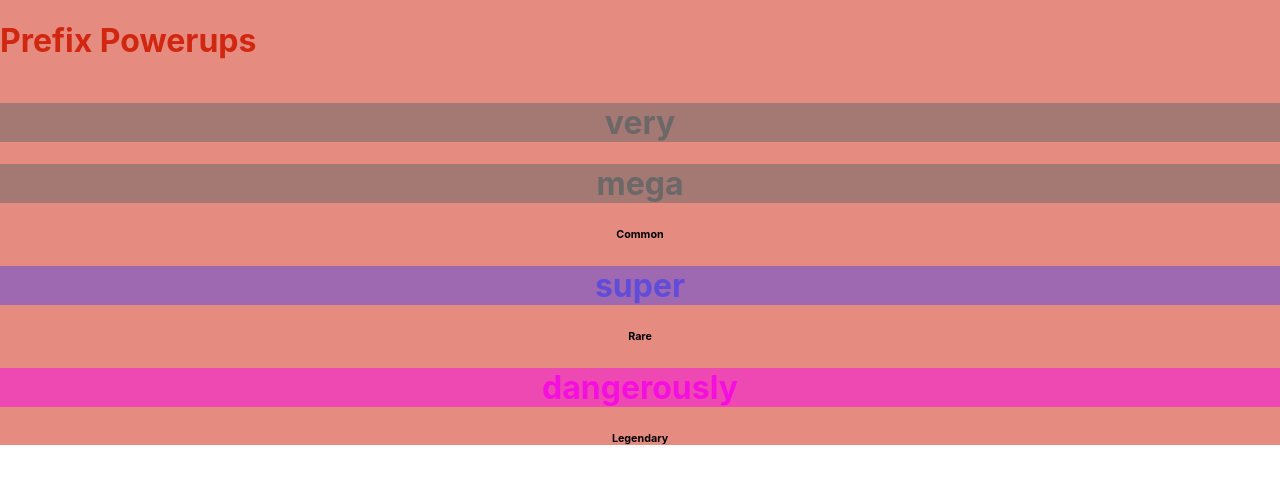
Repository: bsalgado98/buns-inator
Page: /
These files come from the project's save history. The page is drawn as it stood at one moment and after the next save; the edit follows.
The browser window is 1280 px wide. The pictures show the whole page.
The project was rebuilt for these pictures with package versions that can differ from the ones it lists, and the page was loaded fresh each time.

Above is the page before, as saved 2022-04-25 22:23:10.

After the next save:
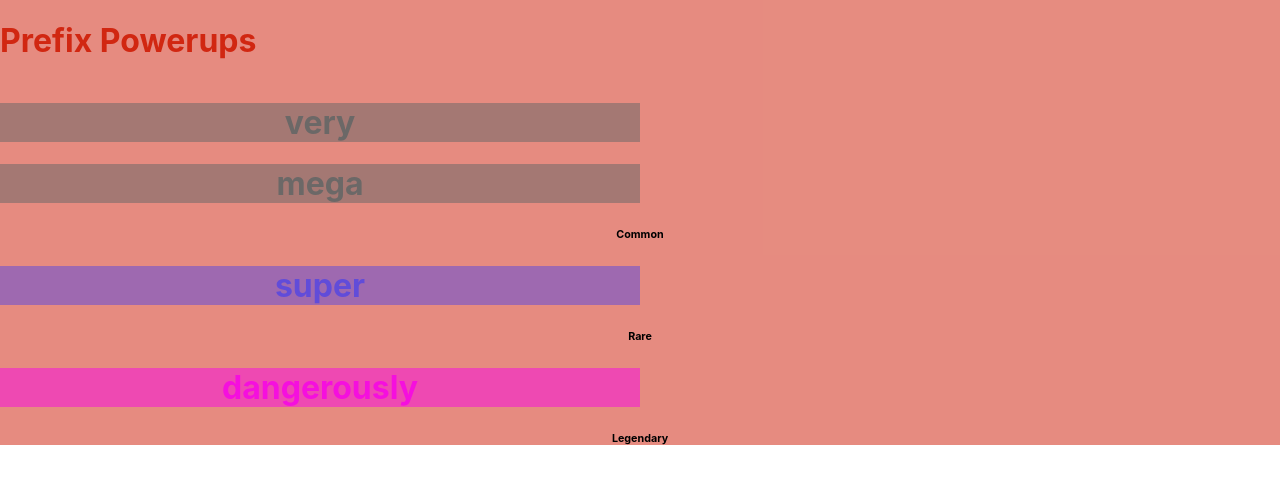
Saved 6 s later.
--- a/src/components/WordCard/WordCard.js
+++ b/src/components/WordCard/WordCard.js
@@ -3,7 +3,7 @@ const WordCard = ({ text = "N/A", color = "#000000" }) => {
         container: {
             style: {
                 background: `${color}88`,
-                width: '100%'
+                width: '50%'
             }
         },
         text: {
